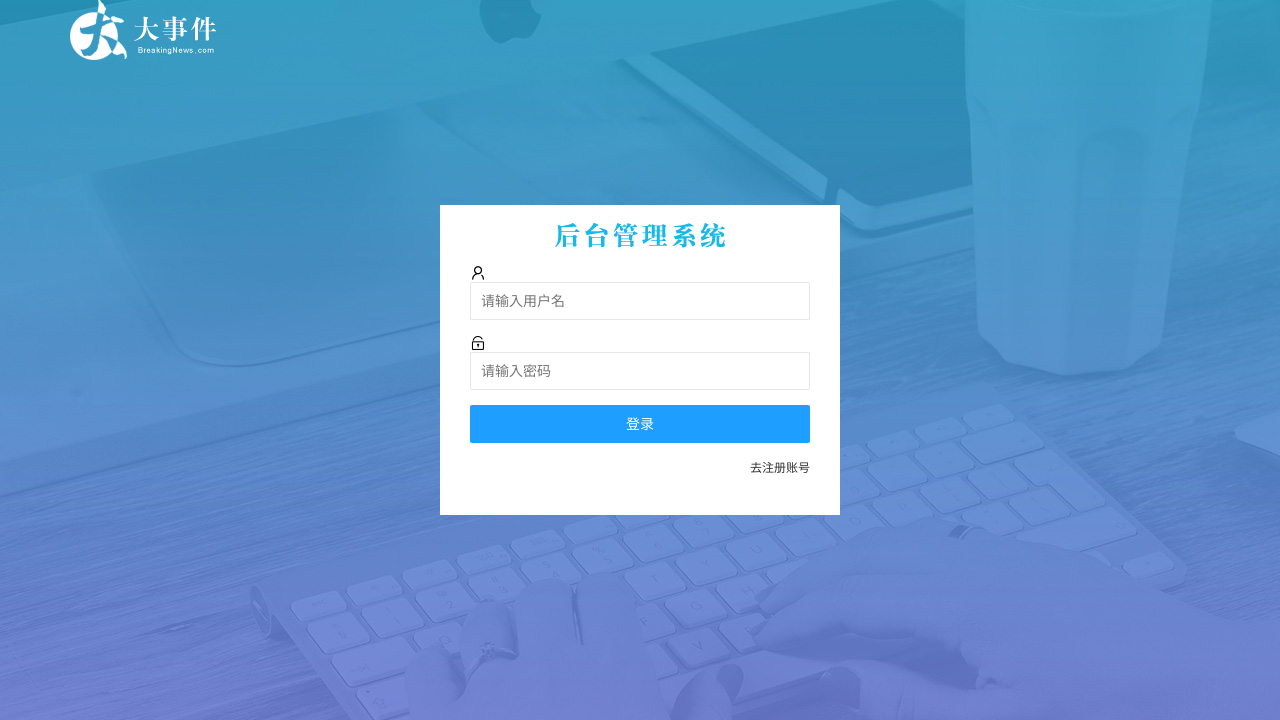
Repository: 1zhoukexin/web_aad
Page: login.html
These files come from the project's save history. The page is drawn as it stood at one moment and after the next save; the edit follows.
The browser window is 1280 px wide. The pictures show the whole page.

Above is the page before, as saved 2021-04-16 13:47:41.

After the next save:
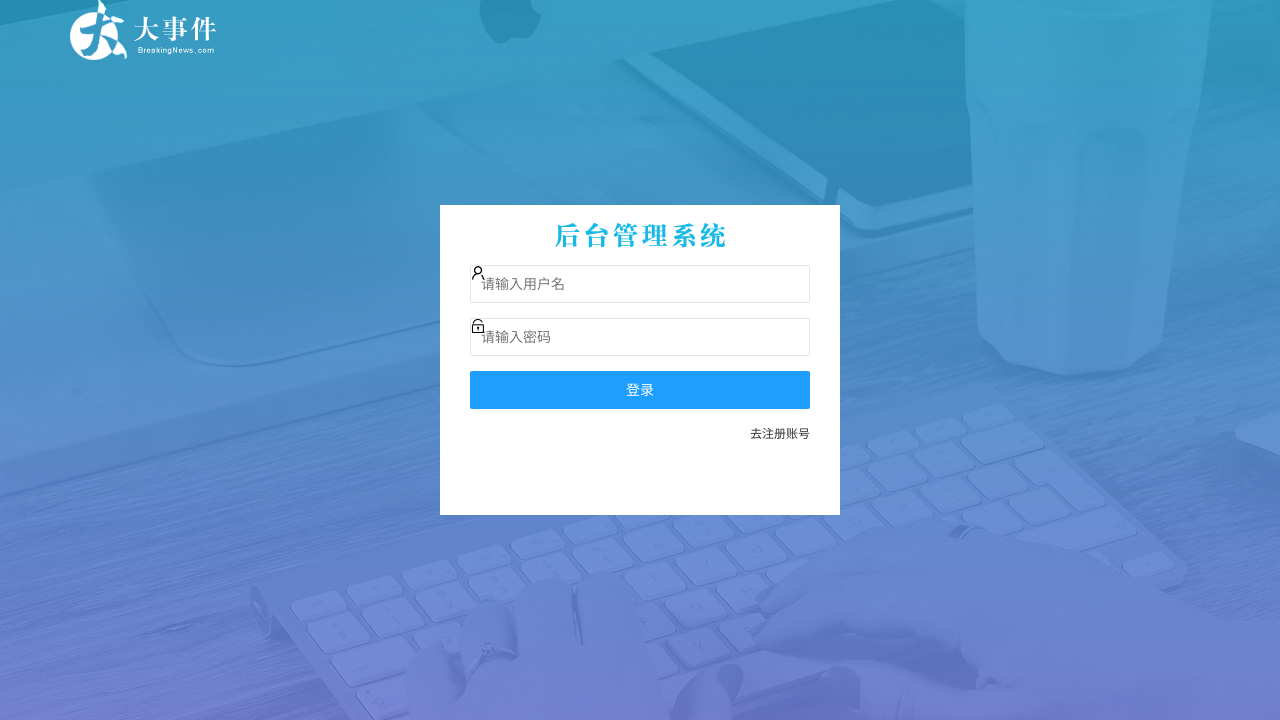
Saved 22 s later.
--- a/assets/css/login.css
+++ b/assets/css/login.css
@@ -43,3 +43,7 @@ body {
 .layui-form-item {
     position: relative;
 }
+
+.layui-icon {
+    position: absolute;
+}
